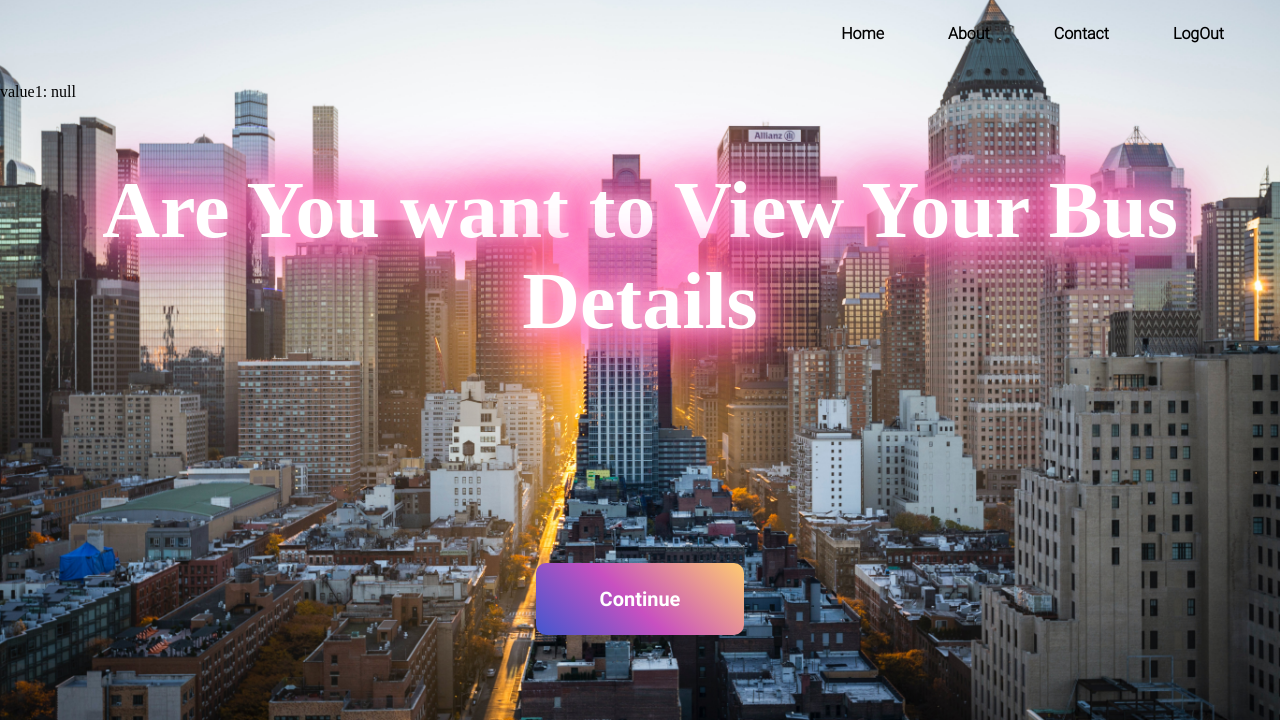
Repository: Savindushehan/RouteMaster-Group-project
Page: http://localhost/RouterMaster/BeforeTicket.jsp
The author's editor kept a copy of each file at every save. The page is drawn from the files as they stood at one save, then again after the next save.
The browser window is 1280 px wide. The pictures show the whole page.
The page is served by Tomcat 10. Other server files are loaded and not shown. The template is opened directly, without the code that normally fills it, so the values that code supplies are empty.

Above is the page before, as saved 2023-10-27 05:58:30.

### RouteMaster/RouterMaster/src/main/webapp/BeforeTicket.jsp
<%@ page language="java" contentType="text/html; charset=UTF-8" pageEncoding="UTF-8"%>
<%@ taglib prefix="c" uri="http://java.sun.com/jsp/jstl/core" %>
<!DOCTYPE html>
<html>
<head>
<meta charset="UTF-8">
<title>Insert title here</title>
<style>
  @font-face {
        font-family: 'Roboto-Light'; /* Font family name */
        src: url('Fonts/Roboto-Light.ttf') format('truetype'); /* URL to your font file */
        font-weight: normal;
        font-style: italic;
        }
        @font-face {
        font-family: 'Raleway-Light'; /* Font family name */
        src: url('Fonts/Raleway-Light.ttf') format('truetype'); /* URL to your font file */
        font-weight: normal;
        font-style: italic;
        }
        @font-face {
        font-family: 'Roboto-Bold'; /* Font family name */
        src: url('Fonts/Roboto-Bold.ttf') format('truetype'); /* URL to your font file */
        font-weight: normal;
        font-style: italic;
        }
        :root{
            --div-color1:#000000;
            --div-color2:#272702;
            --div-color3:#07FAFA;
            --div-color4:#FFFFFF;
        }
          a{
            text-decoration: none;
        }
          .head{
            display: flex;
            flex-direction: row;
            justify-content: right;
        }
         header h3{
            color: var(--div-color1);
            font-size:1rem;
            margin-right: 3rem;
            cursor: grab;
            padding: 0.5rem;
            border-radius: 0.5rem;
            outline: none;
            font-family: 'Roboto-Light';
        }
  body{
            margin: 0;
            padding: 0;
			background-image: url('Images/back2.jpg');
            background-size: cover;
            background-repeat: no-repeat;
            background-position: center;
            height: 100vh;

        }
	    form{
	    width:100%;
	    margin-left:auto;
	    margin-right:auto;
	     text-align: center;
	     margin-top:30vh;
	    }
      h1 {
         margin-top: 4rem;
        font-size: 80px;
        color:var(--div-color4);
        text-align: center;
        -webkit-animation: glow 1s ease-in-out infinite alternate;
        -moz-animation: glow 1s ease-in-out infinite alternate;
        animation: glow 1s ease-in-out infinite alternate;
        }

        @-webkit-keyframes glow {
        from {
            text-shadow: 0 0 10px #fff, 0 0 20px #fff, 0 0 30px #e60073, 0 0 40px #e60073, 0 0 50px #e60073, 0 0 60px #e60073, 0 0 70px #e60073;
        }
        to {
            text-shadow: 0 0 20px #fff, 0 0 30px #ff4da6, 0 0 40px #ff4da6, 0 0 50px #ff4da6, 0 0 60px #ff4da6, 0 0 70px #ff4da6, 0 0 80px #ff4da6;
        }
        }
         button{
          text-align: center;
          padding-left: 4rem;
          padding-right: 4rem;
          padding-top: 1.5rem;
          padding-bottom: 1.5rem;
          border-radius: 10px;
          font-family: 'Roboto-Bold';
          background-color: #4158D0;
background-image: linear-gradient(43deg, #4158D0 0%, #C850C0 46%, #FFCC70 100%);
          color: var(--div-color4);
          border: none;
          outline: none;
          cursor: pointer;
           font-size: 20px;
        }

</style>
</head>
<body>
<header>
        <div class="head">
           <a href="Home.jsp"><h3 id="m1">Home</h3></a>
           <a href="AboutUs.jsp"><h3 id="m2">About</h3></a>
            <a href="ContactUS.jsp"><h3 id="m3">Contact</h3></a>
           <a href="login.jsp"><h3 id="m4">LogOut</h3></a>
        </div>
    </header>

<%
String value1 = (String) request.getAttribute("attr3");
%>
<p>value1: <%= value1 %></p>
<h1>Are You want to View Your Bus Details</h1>


<form action="NewBookingServlet" method="GET">
   <input type="hidden" name="RIDnew" value="<%= value1 %>">

<button id="btn1" name="before">Continue</button>

</form>
 <script>

        var M1=document.getElementById("m1");
        var M2=document.getElementById("m2");
        var M3=document.getElementById("m3");
        var M4=document.getElementById("m4");
        var BTN=document.getElementById("btn1");

        M1.onmousemove=function(){
          M1.style.backgroundColor="var(--div-color3)";
          M1.style.color="var(--div-color4)";
        }
        M1.onmouseout=function(){
          M1.style.backgroundColor="";
          M1.style.color="var(--div-color1)";
        }
        M2.onmousemove=function(){
          M2.style.backgroundColor="var(--div-color3)";
          M2.style.color="var(--div-color4)";
        }
        M2.onmouseout=function(){
          M2.style.backgroundColor="";
          M2.style.color="var(--div-color1)";
        }
        M3.onmousemove=function(){
          M3.style.backgroundColor="var(--div-color3)";
          M3.style.color="var(--div-color4)";
        }
        M3.onmouseout=function(){
          M3.style.backgroundColor="";
          M3.style.color="var(--div-color1)";
        }
        M4.onmousemove=function(){
          M4.style.backgroundColor="var(--div-color3)";
          M4.style.color="var(--div-color4)";
        }
        M4.onmouseout=function(){
          M4.style.backgroundColor="";
          M4.style.color="var(--div-color1)";
        }
        /* Above javascript code must include all tha page.don't change the code.*/
        BTN.onmousemove=function(){
          BTN.style.color="var(--div-color1)";
          BTN.style.backgroundColor="var(--div-color4)";
        }
        BTN.onmouseout=function(){
          BTN.style.color="var(--div-color4)";
          BTN.style.backgroundColor="var(--div-color1)";
        }
       </script>
</body>
</html>

After the next save:
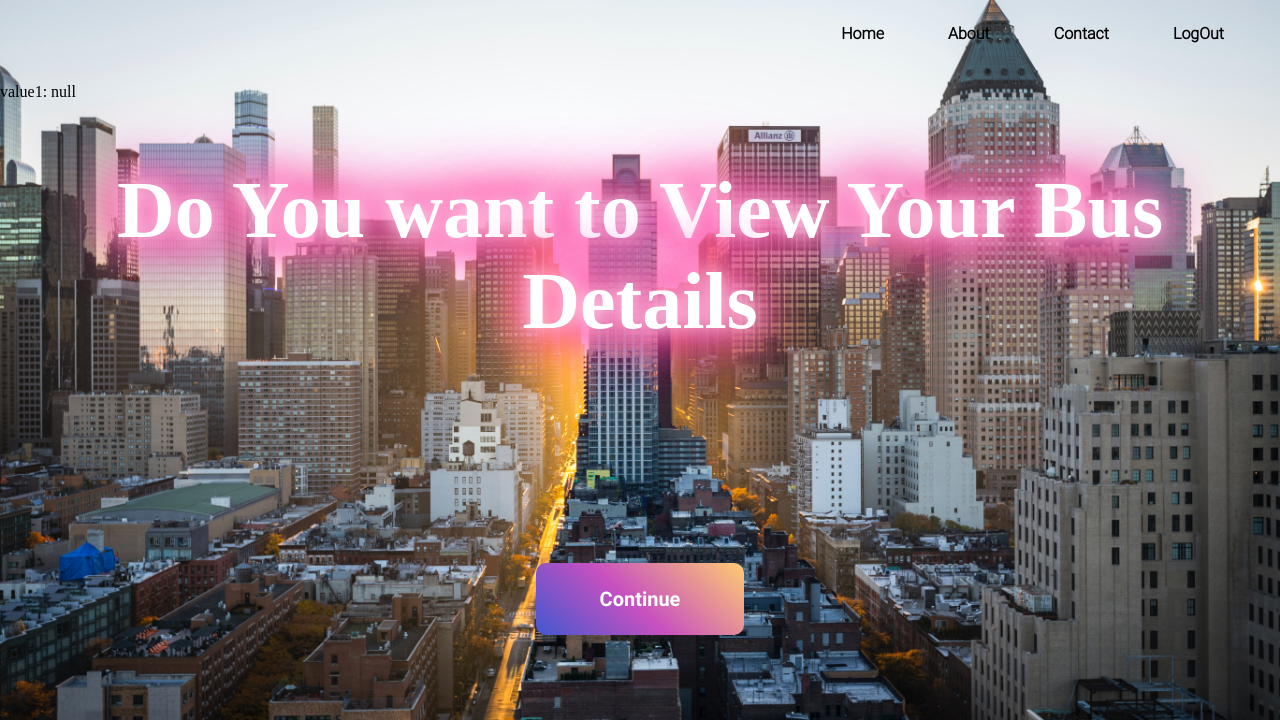
Saved 5 min 21 s later.
--- a/RouteMaster/RouterMaster/src/main/webapp/BeforeTicket.jsp
+++ b/RouteMaster/RouterMaster/src/main/webapp/BeforeTicket.jsp
@@ -116,7 +116,7 @@ background-image: linear-gradient(43deg, #4158D0 0%, #C850C0 46%, #FFCC70 100%);
 String value1 = (String) request.getAttribute("attr3");
 %>
 <p>value1: <%= value1 %></p>
-<h1>Are You want to View Your Bus Details</h1>
+<h1>Do You want to View Your Bus Details</h1>
 
 
 <form action="NewBookingServlet" method="GET">
